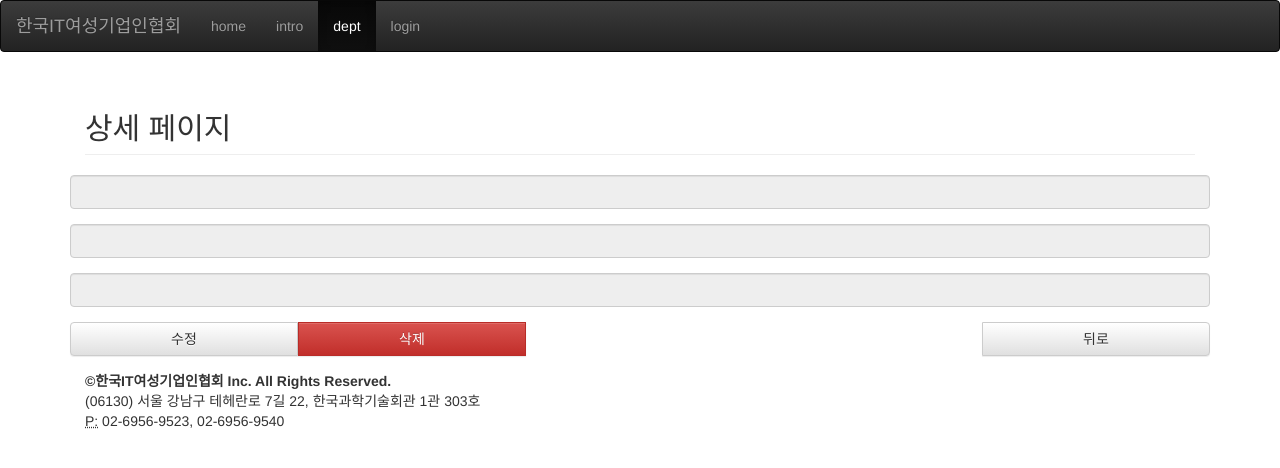
Repository: minho00123/sw-professional-training
Page: http://localhost/sts08/WEB-INF/views/dept/dept.jsp
An editor plug-in stored every save of this project. The page is shown before and after the next save, followed by the edit.
The browser window is 1280 px wide. The pictures show the whole page.
The page is served by Tomcat 9. Nobody is signed in. Other server files are loaded and not shown. The template is opened directly, without the code that normally fills it, so the values that code supplies are empty.

Above is the page before, as saved 2025-05-21 03:28:41.
Console error (its wording comes from the project's code and is left out).

### stsWorkspace/sts08/src/main/webapp/WEB-INF/views/dept/dept.jsp
<%@ page language="java" contentType="text/html; charset=UTF-8"
	pageEncoding="UTF-8"%>
<!DOCTYPE html>
<html>
<head>
<meta charset="UTF-8">
<title>Insert title here</title>
<%@ include file="../layout/header.jspf"%>
</head>
<body>
	<%@ include file="../layout/menu.jspf"%>
	<h2 class="page-header">상세 페이지</h2>
	<form action="./" method="post" class="form-horizontal">
		<div class="form-group">
			<label class="sr-only">deptno</label><input name="deptno"
				class="form-control" value="${bean.deptno }" readonly />
		</div>
		<div class="form-group">
			<label class="sr-only">dname</label><input name="dname"
				class="form-control" value="${bean.dname }" readonly />
		</div>
		<div class="form-group">
			<label class="sr-only">location</label><input name="loc"
				class="form-control" value="${bean.loc }" readonly />
		</div>
		<div class="form-group">
			<div class="btn-group btn-group-justified" role="group">
				<div class="btn-group" role="group">
					<a href="#" class="btn btn-default" role="button">수정</a>
				</div>
				<div class="btn-group" role="group">
					<a href="#" class="btn btn-danger" role="button">삭제</a>
				</div>
				<div class="btn-group" role="group">
					<button type="submit" class="btn btn-primary">수정</button>
				</div>
				<div class="btn-group" role="group">
					<button type="reset" class="btn btn-default">취소</button>
				</div>
				<div class="btn-group" role="group">
					<button type="button" class="btn btn-default"
						onclick="history.back();">뒤로</button>
				</div>
			</div>
		</div>
	</form>
	<%@ include file="../layout/footer.jspf"%>
	<script type="text/javascript">
		$(function() {
			$('form .btn-group>button').eq(0).hide();
			$('form .btn-group>button').eq(1).hide();
			$('form .btn-group>a').eq(0).click(function(e) {
				e.preventDefault();
				$('form .btn-group>a').hide();
				$('form .btn-group>button').show();
				$('form input').eq(1).removeProp('readonly');
				$('form input').eq(2).removeProp('readonly');
				return false;
			});
			$('form .btn-group>a').eq(1).click(function(e) {
				e.preventDefault();
				alert('삭제');
				return false;
			});
		});
	</script>
</body>
</html>

### stsWorkspace/sts08/src/main/webapp/WEB-INF/views/layout/header.jspf
<%@ page language="java" contentType="text/html; charset=UTF-8"
    pageEncoding="UTF-8"%>
<%@ taglib prefix="c" uri="http://java.sun.com/jsp/jstl/core"%>
<!-- Latest compiled and minified CSS -->
<link rel="stylesheet"
	href="https://cdn.jsdelivr.net/npm/bootstrap@3.4.1/dist/css/bootstrap.min.css"
	integrity="sha384-HSMxcRTRxnN+Bdg0JdbxYKrThecOKuH5zCYotlSAcp1+c8xmyTe9GYg1l9a69psu"
	crossorigin="anonymous">

<!-- Optional theme -->
<link rel="stylesheet"
	href="https://cdn.jsdelivr.net/npm/bootstrap@3.4.1/dist/css/bootstrap-theme.min.css"
	integrity="sha384-6pzBo3FDv/PJ8r2KRkGHifhEocL+1X2rVCTTkUfGk7/0pbek5mMa1upzvWbrUbOZ"
	crossorigin="anonymous">

<!-- Latest compiled and minified JavaScript -->
<script
	src="https://cdn.jsdelivr.net/npm/bootstrap@3.4.1/dist/js/bootstrap.min.js"
	integrity="sha384-aJ21OjlMXNL5UyIl/XNwTMqvzeRMZH2w8c5cRVpzpU8Y5bApTppSuUkhZXN0VxHd"
	crossorigin="anonymous"></script>

<!-- jQuery (necessary for Bootstrap's JavaScript plugins) -->
<script src="https://code.jquery.com/jquery-1.12.4.min.js"
	integrity="sha384-nvAa0+6Qg9clwYCGGPpDQLVpLNn0fRaROjHqs13t4Ggj3Ez50XnGQqc/r8MhnRDZ"
	crossorigin="anonymous"></script>

### stsWorkspace/sts08/src/main/webapp/WEB-INF/views/layout/menu.jspf
<%@ page language="java" contentType="text/html; charset=UTF-8"
	pageEncoding="UTF-8"%>
<nav class="navbar navbar-inverse">
	<div class="container-fluid">
		<div class="navbar-header">
			<a class="navbar-brand" href="${pageContext.request.contextPath }/">
				한국IT여성기업인협회 </a>
		</div>
		<div class="collapse navbar-collapse"
			id="bs-example-navbar-collapse-1">
			<ul class="nav navbar-nav">
				<%
					String url = request.getRequestURI().substring((request.getContextPath() + "/WEB-INF/views").length());
					if (url.equals("/index.jsp")) {
						pageContext.setAttribute("menu", "menu1");
					} else if (url.equals("/intro.jsp")) {
						pageContext.setAttribute("menu", "menu2");
					} else if (url.startsWith("/dept/")) {
						pageContext.setAttribute("menu", "menu3");
					} else if (url.startsWith("/login/")) {
						pageContext.setAttribute("menu", "menu4");
					}
				%>
				<li class="${menu eq 'menu1' ? 'active' : '' }"><a
					href="${pageContext.request.contextPath }/">home</a></li>
				<li class="${menu eq 'menu2' ? 'active' : '' }"><a
					href="${pageContext.request.contextPath }/intro">intro</a></li>
				<li class="${menu eq 'menu3' ? 'active' : '' }"><a
					href="${pageContext.request.contextPath }/dept/">dept</a></li>
				<li class="${menu eq 'menu4' ? 'active' : '' }"><a
					href="${pageContext.request.contextPath }/login/">login</a></li>
			</ul>
		</div>
	</div>
</nav>
<div class="container">
	<div class="col-md-12">
		<!-- begin -->

### stsWorkspace/sts08/src/main/webapp/WEB-INF/views/layout/footer.jspf
<%@ page language="java" contentType="text/html; charset=UTF-8"
    pageEncoding="UTF-8"%>
			<!-- end -->
		</div>
		<div class="col-md-12">
			<address>
				<strong>©한국IT여성기업인협회 Inc. All Rights Reserved.</strong><br>
				(06130) 서울 강남구 테헤란로 7길 22, 한국과학기술회관 1관 303호 <br> <abbr
					title="Phone">P:</abbr> 02-6956-9523, 02-6956-9540
			</address>
		</div>
	</div>

After the next save:
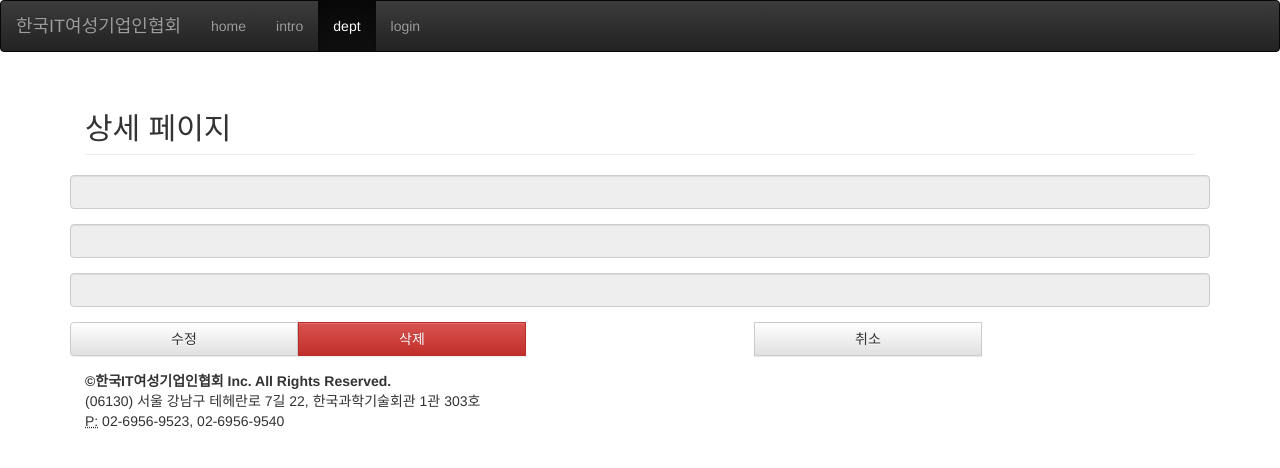
Saved 108 s later.
--- a/stsWorkspace/sts08/src/main/webapp/WEB-INF/views/dept/dept.jsp
+++ b/stsWorkspace/sts08/src/main/webapp/WEB-INF/views/dept/dept.jsp
@@ -47,11 +47,11 @@
 	<%@ include file="../layout/footer.jspf"%>
 	<script type="text/javascript">
 		$(function() {
-			$('form .btn-group>button').eq(0).hide();
-			$('form .btn-group>button').eq(1).hide();
+			$('form .btn-group>button').eq(0).remove();
+			$('form .btn-group>button').eq(1).remove();
 			$('form .btn-group>a').eq(0).click(function(e) {
 				e.preventDefault();
-				$('form .btn-group>a').hide();
+				$('form .btn-group>a').remove();
 				$('form .btn-group>button').show();
 				$('form input').eq(1).removeProp('readonly');
 				$('form input').eq(2).removeProp('readonly');

After the save that followed:
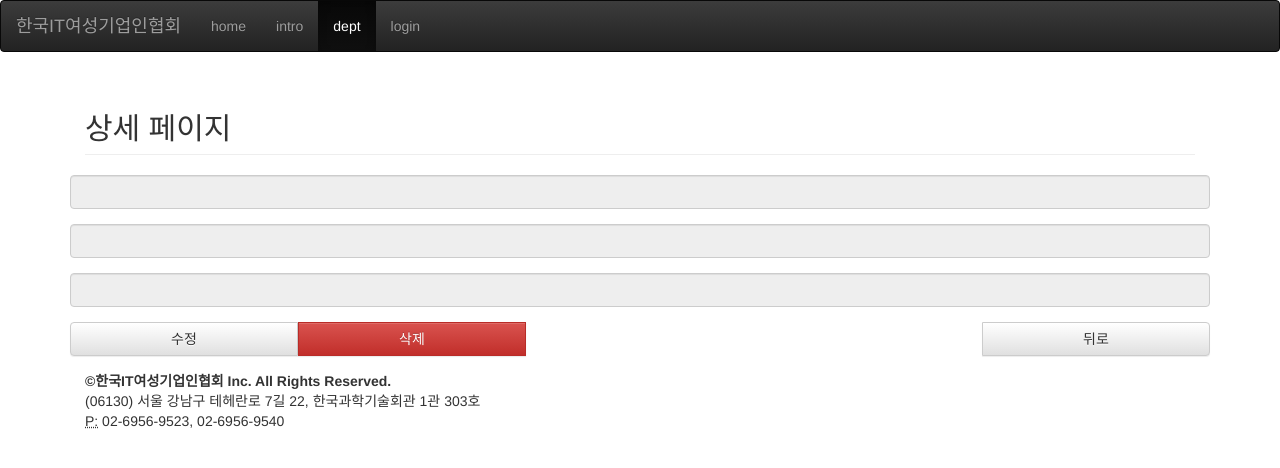
Saved 14 s later.
--- a/stsWorkspace/sts08/src/main/webapp/WEB-INF/views/dept/dept.jsp
+++ b/stsWorkspace/sts08/src/main/webapp/WEB-INF/views/dept/dept.jsp
@@ -47,11 +47,11 @@
 	<%@ include file="../layout/footer.jspf"%>
 	<script type="text/javascript">
 		$(function() {
-			$('form .btn-group>button').eq(0).remove();
-			$('form .btn-group>button').eq(1).remove();
+			$('form .btn-group>button').eq(0).hide();
+			$('form .btn-group>button').eq(1).hide();
 			$('form .btn-group>a').eq(0).click(function(e) {
 				e.preventDefault();
-				$('form .btn-group>a').remove();
+				$('form .btn-group>a').hide();
 				$('form .btn-group>button').show();
 				$('form input').eq(1).removeProp('readonly');
 				$('form input').eq(2).removeProp('readonly');
